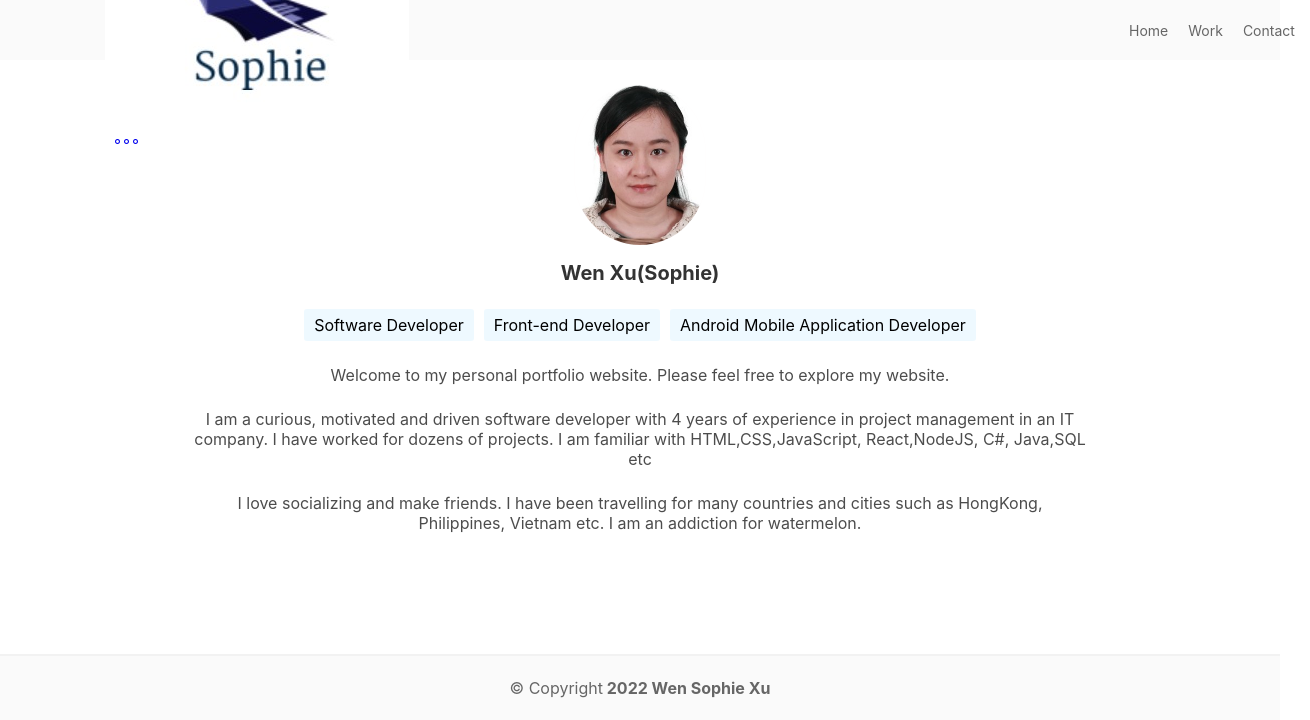
Repository: wenxi0504/myResume_app
Page: /
An editor plug-in stored every save of this project. The page is shown before and after the next save, followed by the edit.
The browser window is 1280 px wide. The page is 1310 px wide, then 1280 px, so the pictures cover 1310 px, including what lies to the right of the window. The pictures show the whole page.
The project was rebuilt for these pictures with package versions that can differ from the ones it lists, and the page was loaded fresh each time. Also part of the build but not shown: src/pages/WorkPage/works.module.scss, src/components/WorkLists/work.module.scss, src/components/WorkLists/index.js, src/pages/WorkPage/index.js, src/pages/WorkPageDetail/index.js, src/pages/Contact/index.js.

Above is the page before, as saved 2022-01-04 01:16:00.

### src/index.js
import React from 'react';
import ReactDOM from 'react-dom';
import './index.css';
import App from './pages/App';
import reportWebVitals from './reportWebVitals';
import { BrowserRouter as Router} from 'react-router-dom'



ReactDOM.render(
  <Router>
    <App />
  </Router>,
  document.getElementById('root')
);

// If you want to start measuring performance in your app, pass a function
// to log results (for example: reportWebVitals(console.log))
// or send to an analytics endpoint. Learn more: https://bit.ly/CRA-vitals
reportWebVitals();

### src/index.css
body {
  margin: 0;
  padding: 0;
  font-family: -apple-system, BlinkMacSystemFont, "Segoe UI", "Roboto", "Oxygen",
    "Ubuntu", "Cantarell", "Fira Sans", "Droid Sans", "Helvetica Neue",
    sans-serif;
  -webkit-font-smoothing: antialiased;
  -moz-osx-font-smoothing: grayscale;
}

code {
  font-family: source-code-pro, Menlo, Monaco, Consolas, "Courier New",
    monospace;
}


body, h1, h2, h3, h4, h5, h6, hr, p, blockquote, dl, dt, dd, ul, ol, li, pre, form, fieldset, legend, button, input, textarea, th, td {
  margin:0; padding:0;
}
body, button, input, select, textarea {
  font:12px/1.5tahoma, arial, \5b8b\4f53;
}
h1, h2, h3, h4, h5, h6{
  font-size:100%;
  color:rgb(51, 51, 51);
}
address, cite, dfn, em, var {
  font-style:normal;
}
code, kbd, pre, samp {
  font-family:couriernew, courier, monospace;
}
small{
  font-size:12px;
}
ul, ol {
  list-style:none;

}

a {
  text-decoration:none;
}

sup {
  vertical-align:text-top;
}
sub{
  vertical-align:text-bottom;
}
legend {
  color:#000;
}
fieldset, img {
  border:0;
}
button, input, select, textarea {
  font-size:100%;
}
table {
  border-collapse:collapse; border-spacing:0;
}


html,body,#root{
   width: 100%;
   height: 100%;
}

code {
  font-family: source-code-pro, Menlo, Monaco, Consolas, "Courier New",
    monospace;
}

### src/pages/App.js
import logo from "./logo.svg";
import styles from "./App.module.scss";
import { Link, Routes, Route } from "react-router-dom";
import HomePage from "./HomePage";
import WorkPage from "./WorkPage";
import WorkPageDetail from "./WorkPageDetail";
import Contact from "./Contact";
function App() {
  //get value of location

  return (
    <div className={styles.App}>
      {/*Header*/}
      <header className={styles.header}>
        <div className={styles.box}>
          <Link to="/">
            <div className={styles.boxleft}>
              <img src={require("../../src/assets/images/logo.jpg")} alt="sophie"/>
            </div>
          </Link>
          <div className={styles.boxright}>
            <Link to="/">
              <p>Home</p>
            </Link>
            <Link to="/works">
              <p>Work</p>
            </Link>
            <Link to="/contact">
              <p>Contact</p>
            </Link>
          </div>
        </div>
      </header>

      {/* Content */}
      <section className={styles.content}>
        <div>
          <Routes>
            <Route path="/" exact element={<HomePage />} />
            <Route path="/works" exact element={<WorkPage />} />
            <Route path="/works/:id" exact element={<WorkPageDetail />} />
            <Route path="/contact" exact element={<Contact />} />
          </Routes>
        </div>
      </section>

      {/*footer*/}
      <footer className={styles.footer}>
        <p>
          © Copyright<b> 2022 Wen Sophie Xu</b>
        </p>
      </footer>
    </div>
  );
}

export default App;

### src/pages/App.module.scss
.App {
  display: flex;
  min-height: 100vh;
  flex-direction: column;
  .content {
    flex: 1;
    text-align: center;
  }
  .header {
    background-color: rgb(250, 250, 250);
    height: 60px;
    .selected {
      color: #333 !important;
      padding-bottom: 5px;
      border-bottom: 1.5px solid #333;
    }
    .box {
      width: 70%;
      height: 100%;

      display: flex;
      align-items: center;
      justify-content: space-between;
      a:hover {
        text-decoration: none;
      }
      .boxleft {
        img{
          width:auto

        }
        padding: 0px 5px 0px 100px;
        margin: 0px 5px;
      }
      .boxleft::after {
        content: "◦◦◦";
        margin-left: 0.5em;
      }

      .boxright {
        display: inline-flex;
        justify-content: flex-start;
        padding: 0px 5px 0px 100px;
        margin: 0px 5px 0px 600px;
        p {
          margin: 0px 10px;
          font-size: 14px;
          color: rgb(102, 102, 102);
        }
      }
      div {
        cursor: pointer;
      }
    }
  }
  .footer {
    text-align: center;
    padding: 20px 0px;
    margin-top: 10px;;
    color: rgb(102, 102, 102);
    background: #fafafa;
    border-top: 2px solid #f2f2f2;
    p {
      padding: 2px 0px;
    }
  }
}

### src/pages/HomePage/index.js
// eslint-disable-next-line no-unused-vars
import React, { Component } from 'react';
import styles from'./home.module.scss'


// eslint-disable-next-line import/no-anonymous-default-export
export default () => {
    return <div className={styles.wrap}>
        {/* Personal Info*/}
       <section className={styles.brief}>

       <img className={styles.backgroundColor} src={require("../../assets/images/wenxuReact2.jpg")} alt="sophie"/>
       <h2>Wen Xu(Sophie)</h2>

       <ul>
          <li>Software Developer</li>
          <li>Front-end Developer</li>
          <li>Android Mobile Application Developer</li>
       </ul>
       <p>Welcome to my personal portfolio website. Please feel free to explore my website.</p>
       <p>I am a curious, motivated and driven software developer with 4 years of experience in project management in an IT company. I have worked for dozens of projects. I am familiar with HTML,CSS,JavaScript, React,NodeJS, C#, Java,SQL etc </p>
       <p>I love socializing and make friends. I have been travelling for many countries and cities such as HongKong, Philippines, Vietnam etc. I am an addiction for watermelon. </p>
       </section>

        </div>
}

### src/pages/HomePage/home.module.scss

    .wrap{
        flex: 1;
        width: 70%;
        margin: 5px auto;
        .brief{
           text-align: center;


            h2{
              padding: 12px 0px;
              font-size: 20px;
            }

            img{

               width: 130px;
               height: 160px;
               border-radius: 150px;
               margin-top: 20px;
               box-shadow:0px 0px 2px 0px rgb(253, 251, 251)

            }
            img:hover{
                box-shadow: 0px 0px 15px 3px rgb(246, 239, 233)
            }



           ul{
            display: flex;
            justify-content: center;
             li{
                padding: 6px 10px;
                background: rgba(87, 199, 255, 0.1);
                margin: 12px 5px;
                border-radius: 3px;
             }
           }

           p{
            padding: 12px 0px;
            color: rgba(0, 0, 0, 0.7);
          }
        }

        .work{
            text-align: center;
            padding-top: 40px;
            padding-bottom: 25px;
            .title{
              h3{
                font-size: 30px;
                padding-bottom: 12px;
                color: rgba(0,0,0,.8);
                font-weight: 400;
              }
              p{
                color: rgba(0, 0, 0, 0.7);
              }
            }

    }
}

Loaded but not shown: public/index.html (common file); src/reportWebVitals.js (common file)

After the next save:
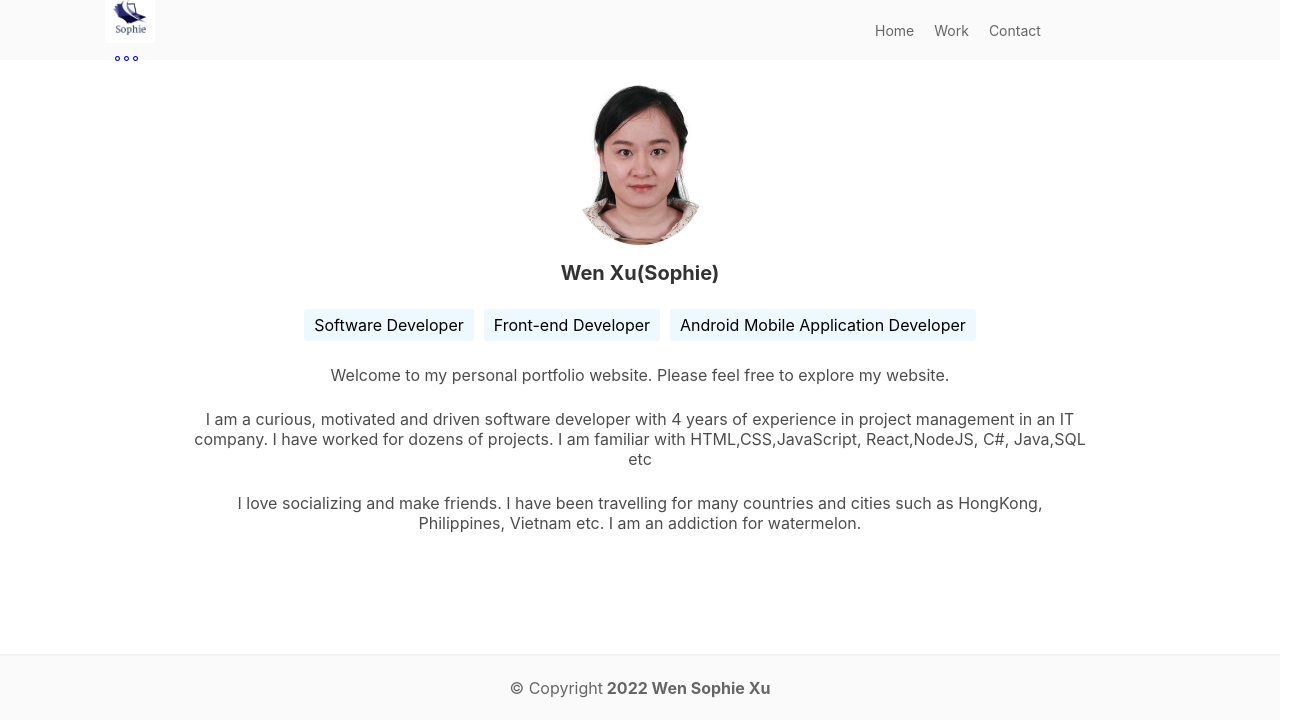
Saved 3 min 5 s later.
--- a/src/pages/App.module.scss
+++ b/src/pages/App.module.scss
@@ -26,8 +26,9 @@
       }
       .boxleft {
         img{
-          width:auto
-
+          width:50px;
+          height:50px;
+          object-fit:cover;
         }
         padding: 0px 5px 0px 100px;
         margin: 0px 5px;
